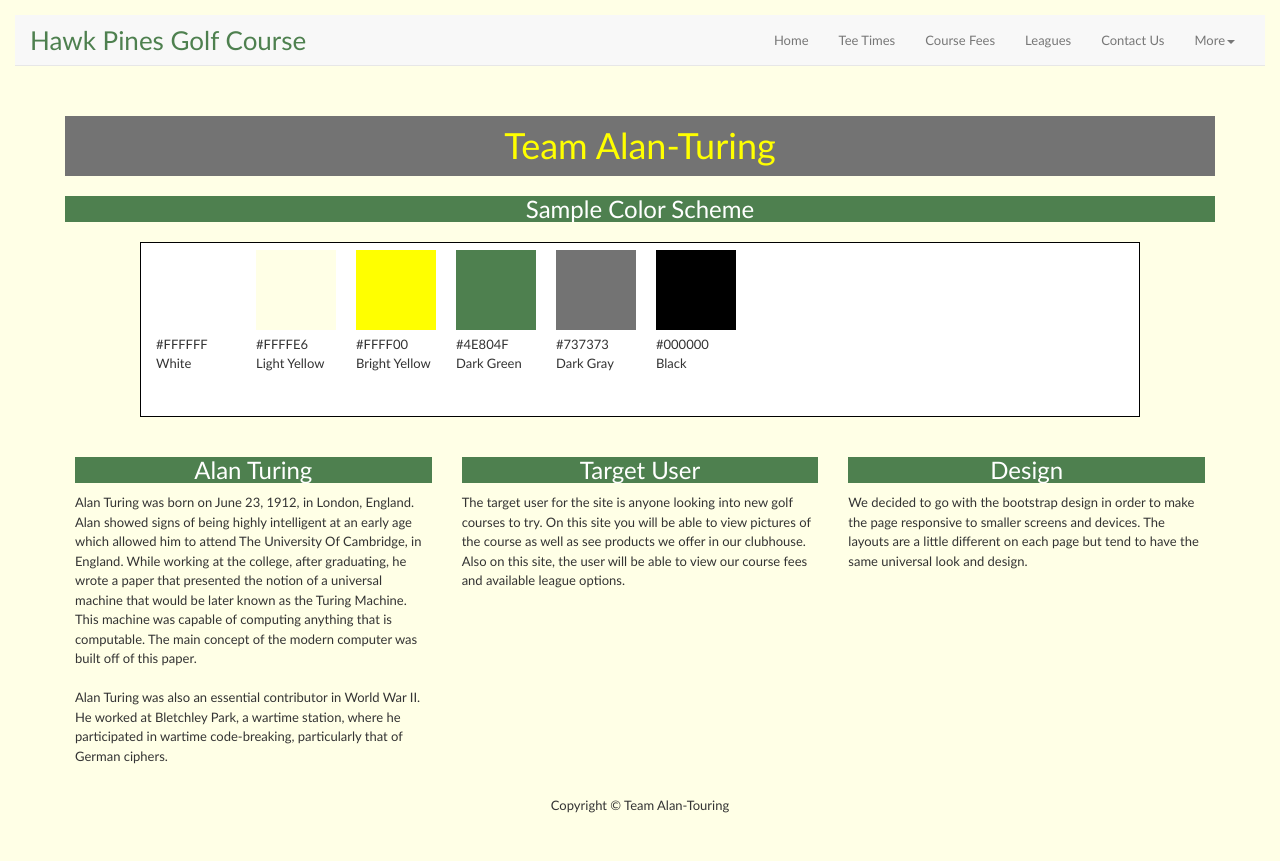
Repository: alia20/Golfcourse
Page: readMe.html
The author's editor kept a record of every edit. The page is drawn from the files as they stood at one moment, then again after the next edit.
The browser window is 1280 px wide. The pictures show the whole page.

Above is the page before.

### readMe.html
<!DOCTYPE html>
<html lang="en">
<head>
 <meta charset="utf-8">
 <meta name="viewport" content="width=device-width, initial-scale=1">
<!-- readMe.html - Group project
        Written by:  Andrew Nielsen  Nielsena5@csp.edu
        Csc135: Web Page
		Written: 12/1/2016
		Revised: 12/3/2016
   -->

<!--
Bootstrap Screen Resolutions:
lg - Large width      retina    1200px+
md - medium width     desktop    992px+
sm - small width      tablets    768px+
xs - xtra small       mobile       0px+
-->
<title>Alan-Turing Project</title>

</head>
<body>
<nav class="navbar navbar-default navbar-static-top">
    <div class="container-fluid">
        <div class="navbar-header">
            <span class="sr-only"><a href="#skip">Skip Navigation</a></span>

            <button type="button" class="navbar-toggle" data-toggle="collapse" data-target="#navbarcollapse">
                <span class="icon-bar"></span>
                <span class="icon-bar"></span>
                <span class="icon-bar"></span>
            </button>
            <a href="#" class="navbar-brand">Hawk Pines Golf Course</a>
        </div>
        <div class="navbar-right collapse navbar-collapse" id="navbarcollapse">
            <ul class="nav navbar-nav">
                <li> <a href="index.html">Home</a> </li>
                <li> <a href="teeTimes.html">Tee Times</a></li>
                <li> <a href="fees.html">Course Fees</a></li>
                <li> <a href="leagues.html">Leagues</a></li>
                <li> <a href="contact.html">Contact Us</a></li>
                <li> <a href="#" data-toggle="dropdown">More<span class="caret"></span></a>
                    <ul class="dropdown-menu">
                        <li> <a href="gallery.html">Photo Gallery</a></li>
                        <li> <a href="clubhouse.html">Clubhouse</a></li>
                        <li> <a href="#">Twitter</a></li>
                    </ul>
                </li>
            </ul>
        </div>
    </div>
</nav>
<p id="skip"></p>
<div class="container">
    <h1>Team Alan-Turing</h1>
    <h3>Sample Color Scheme</h3>
</div>
<div class="colorRow">
     <div class="colorAndDesc">
           <div class="colorBox" style="background:#ffffff;">&nbsp;</div>
           <p>
           #FFFFFF<br>
           White<br>
           </p>
     </div>

     <div class="colorAndDesc">
           <div class="colorBox" style="background:#ffffe6;">&nbsp;</div>
            <p>
             #FFFFE6<br>
             Light Yellow<br>
            </p>
     </div>

   <div class="colorAndDesc">
        <div class="colorBox" style="background:#FFFF00;">&nbsp;</div>
        <p>
        #FFFF00<br>
        Bright Yellow<br>

        </p>
     </div>

     <div class="colorAndDesc">
        <div class="colorBox" style="background:#4E804F;">&nbsp;</div>
        <p>
        #4E804F<br>
        Dark Green<br>
        </p>
     </div>

     <div class="colorAndDesc">
        <div class="colorBox" style="background:#737373;">&nbsp;</div>
        <p>
        #737373<br>
        Dark Gray<br>
        </p>
     </div>

     <div class="colorAndDesc">
        <div class="colorBox" style="background:#000000;">&nbsp;</div>
        <p>
        #000000<br>
        Black<br>
        <br>
        </p>
     </div>
</div>
<div class="container">

     <div class="row">
         <div class="col-xs-4">
             <h3>Alan Turing</h3>
             <p>
                 Alan Turing was born on June 23, 1912, in London, England.  Alan showed signs of
                 being highly intelligent at an early age which allowed him to attend The University
                 Of Cambridge, in England.  While working at the college, after graduating, he wrote
                 a paper that presented the notion of a universal machine that would be later known
                 as the Turing Machine.  This machine was capable of computing anything that is computable.
                 The main concept of the modern computer was built off of this paper.
                 <br />
                 <br />
                 Alan Turing was also an essential contributor in World War II.  He worked at
                 Bletchley Park, a wartime station, where he participated in wartime code-breaking,
                 particularly that of German ciphers.
             </p>
         </div>

         <div class="col-xs-4">
             <h3>Target User</h3>
             <p>
                 The target user for the site is anyone looking into new golf courses to try.  On this
                 site you will be able to view pictures of the course as well as see products we offer
                 in our clubhouse.  Also on this site, the user will be able to view our course fees and
                 available league options.
             </p>
         </div>

         <div class="col-xs-4">
             <h3>Design</h3>
             <p>
                 We decided to go with the bootstrap design in order to make the page responsive to
                 smaller screens and devices.  The layouts are a little different on each page but tend
                 to have the same universal look and design.
             </p>
          </div>
       </div>
    <footer>
        <div class="row">
            <div class="col-lg-12 text-center">
                <p>Copyright &copy; Team Alan-Touring</p>
            </div>
        </div>
    </footer>
</div>


<!-- After the page loads, and the user has something to look at,
     download the files needed for jQuery and Bootstrap.
-->
<!-- (1) jQuery library -->
<script src="https://ajax.googleapis.com/ajax/libs/jquery/1.12.0/jquery.min.js"></script>
<!-- (2) Latest compiled JavaScript -->
<script src="https://maxcdn.bootstrapcdn.com/bootstrap/3.3.6/js/bootstrap.min.js"></script>
<!-- (3) Latest compiled and minified CSS -->
<link rel="stylesheet" href="https://maxcdn.bootstrapcdn.com/bootstrap/3.3.6/css/bootstrap.min.css" />
<!-- (4) Bring in local JavaScript functions -->
<!-- <script src="script.js"></script> -->
<link href="project.css" rel="stylesheet" type="text/css" />

</body>
</html>

### project.css
/*      project.css - style sheet for the group project
        Written by:  Andrew Nielsen  Nielsena5@csp.edu
        Csc135: Project CSS
		Written: 10/29/2016
		Revised: 11/13/2016
   */
a {
text-decoration:      none;
}

body {
background:           #ffffe6;
font-family:          optima, arial, helvetica, san-serif;
font-size:            130%;
line-height:          1.5;
padding:              15px;
}

form {
float:               left;
max-width:           100%;
}

h1 {
background:           #737373;
color:                #ffff00;
margin:               10px,10px;
max-width:            1500px;
padding:              10px;
text-align:           center;

}

h3 {
background:           #4e804f;
color:                white;
margin:               5px, auto;
max-width:            1500px;
padding:              5px,5px;
text-align:           center;
}

nav .container-fluid .navbar-header a  {
color:                #4e804f;
font-size:            2em;
}

button {
padding-left:         10px;
}

.aside {
float:                right;
max-width:            30%;
}

#hero {
position:             relative;
background-position:  center;
background-size:      cover;
margin:               0 0 70px;
text-align:           center;
}



.carousel-inner  .item  img,
.carousel-inner  .item  a  img {
width:                100%;
margin:               auto;
}

.colorRow {
background:           #ffffff;
border:               1px black solid;
display:              block;
height:               175px;
margin:               0px auto;
max-width:            1000px;
padding:              2px 15px;
}

.colorBox {
height:               80px;
margin:               5px 5px 5px 0px;
width:                80px;
}

.colorAndDesc {
float:                left;
width:                100px;
}

.container {
max-width:            1500px;
padding:              10px;
}

.input-group {
padding:              10px;
}

.row {
padding:              10px;
}

.table {
clear:                both;
max-width:            960px;
padding:              10px;
}

.thumbnail a {
text-decoration:      none;
}






.book_date {
    padding: 6px 8px;
    border: 1px solid #00AD8A;
    margin-bottom: 25px;
}
.people input[type="text"] {
    border: 1px solid #00AD8A;
    outline: none;
    padding: 8px 8px;
    width: 100%;
    color: #000;
    font-size: 0.9em;
	background:transparent;
}
.glyphicon.glyphicon-calendar {
    color: blue;
}
.types {
    width: 99%;
    padding: .4em 1em;
    font-size: 1em;
    outline: none;
    text-transform: capitalize;
    border: 1px solid #00AD8A;
	color: #000;
	    background: transparent;
}
.people input[type="submit"] {
    width: 100%;
    padding: 0.5em;
    margin-top: 1.5em;
    background: #00AD8A;
    outline: none;
    border: none;
    color: #fff;
}
.booking h5 {
    font-size: 1em;
    margin-bottom: 2em;
}
.booking-grids {
    margin-top: 2em;
}
.booking {
	padding: 5em 0;
	background:rgba(0, 173, 138, 0.06);
}



.footer{
	background-color: #c5a8ff;
	font-size: 1em;
	color: white;
}

After the next edit:
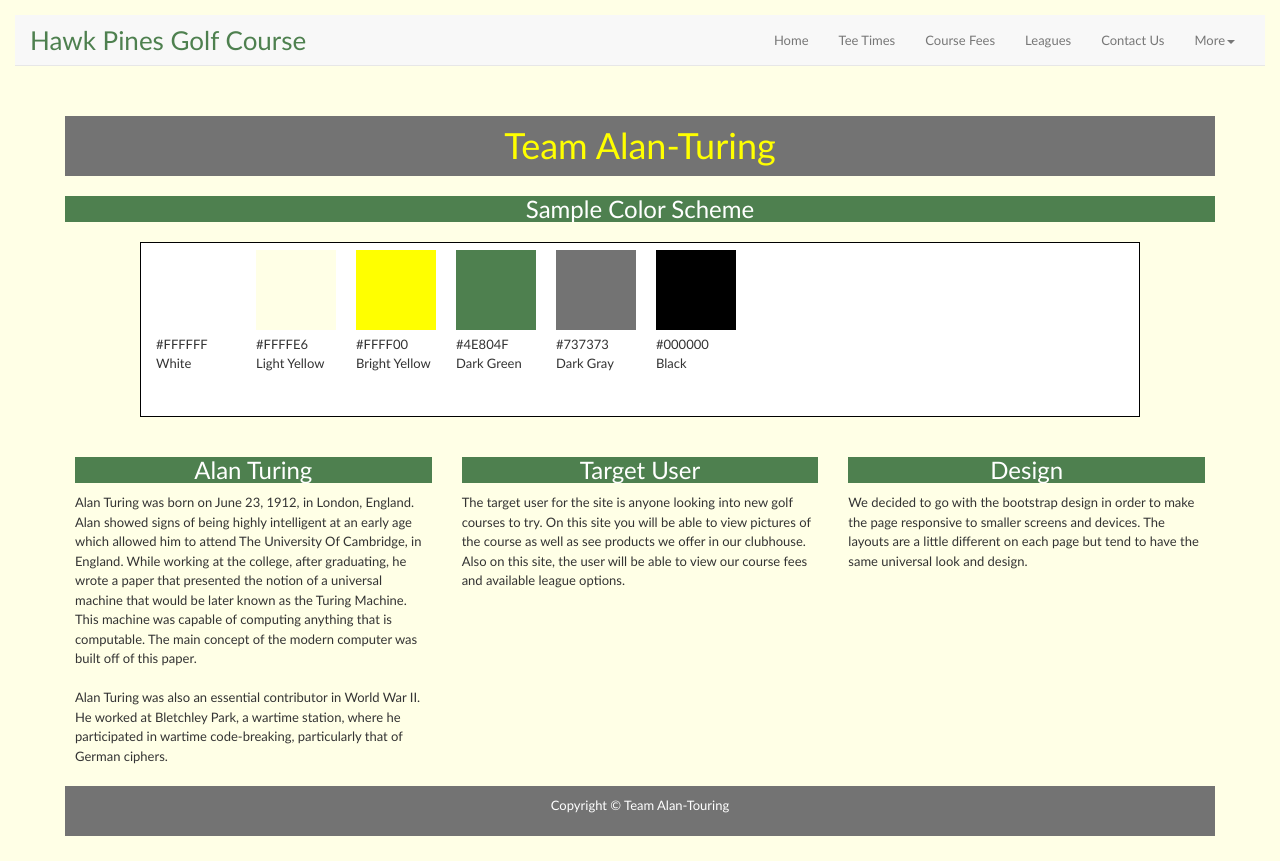
The edit:
--- a/project.css
+++ b/project.css
@@ -14,6 +14,12 @@
 font-size:            130%;
 line-height:          1.5;
 padding:              15px;
+}
+
+footer {
+background-color:     #737373;
+font-size:            1em;
+color:                white;
 }
 
 form {
